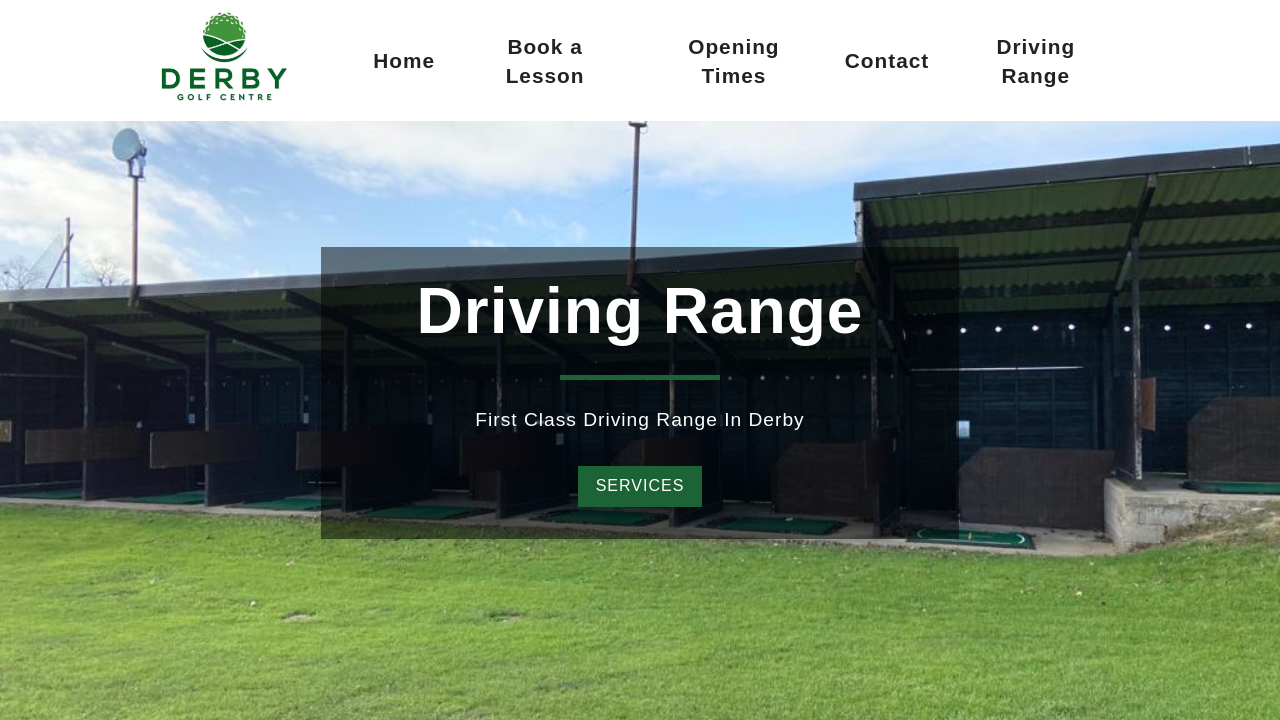
Repository: frankinstyyn/nigeljamesconsulting
Page: /
An editor plug-in stored every save of this project. The page is shown before and after the next save, followed by the edit.
The browser window is 1280 px wide. The pictures show the whole page.
Some web fonts or font styles are not loaded; a fallback is used. The project was rebuilt for these pictures with package versions that can differ from the ones it lists, and the page was loaded fresh each time. Also part of the build but not shown: src/pages/Rooms.js, src/pages/SingleRoom.js, src/pages/Error.js.

Above is the page before, as saved 2021-01-07 22:06:58.

After the next save:
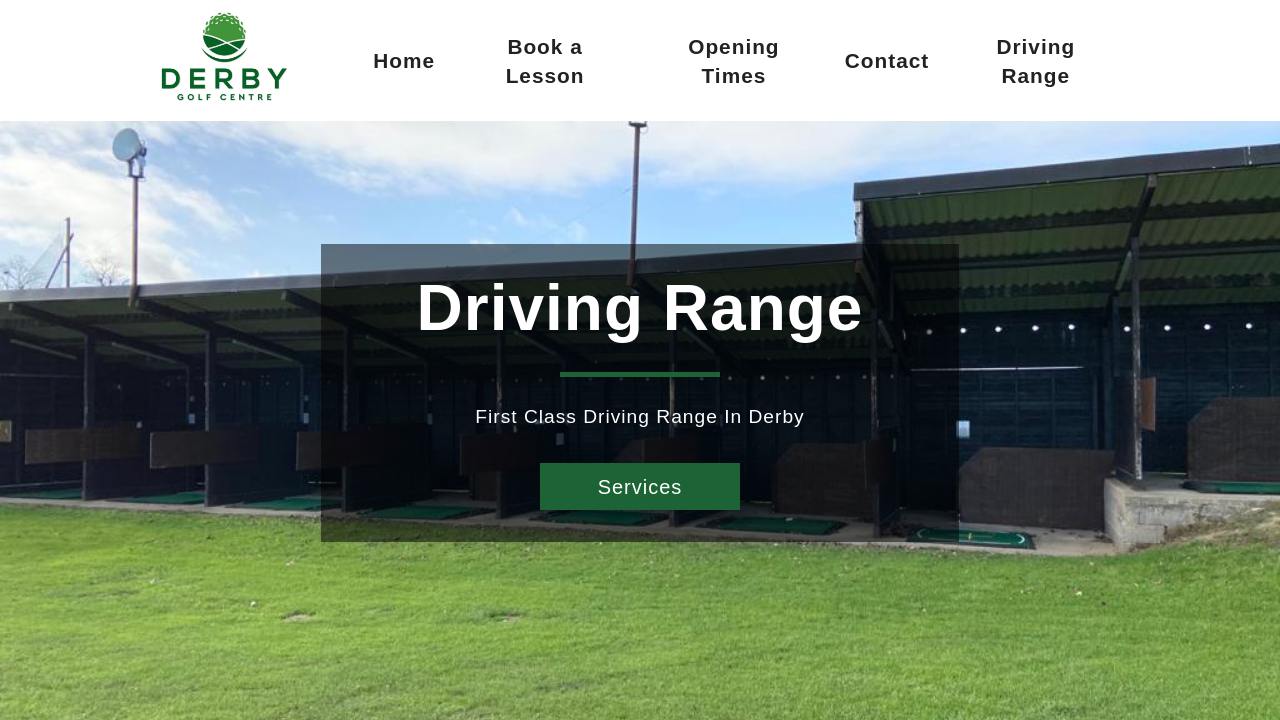
Saved 4 min 15 s later.
--- a/src/App.css
+++ b/src/App.css
@@ -63,8 +63,10 @@
   padding: 0.4rem 0.9rem;
   border: 3px solid var(--primaryColor);
   transition: var(--mainTransition);
-  text-transform: uppercase;
+  /* text-transform: uppercase; */
   cursor: pointer;
+  width: 200px;
+  font-size: 20px;
 }
 .btn-primary:hover {
   background: transparent;
